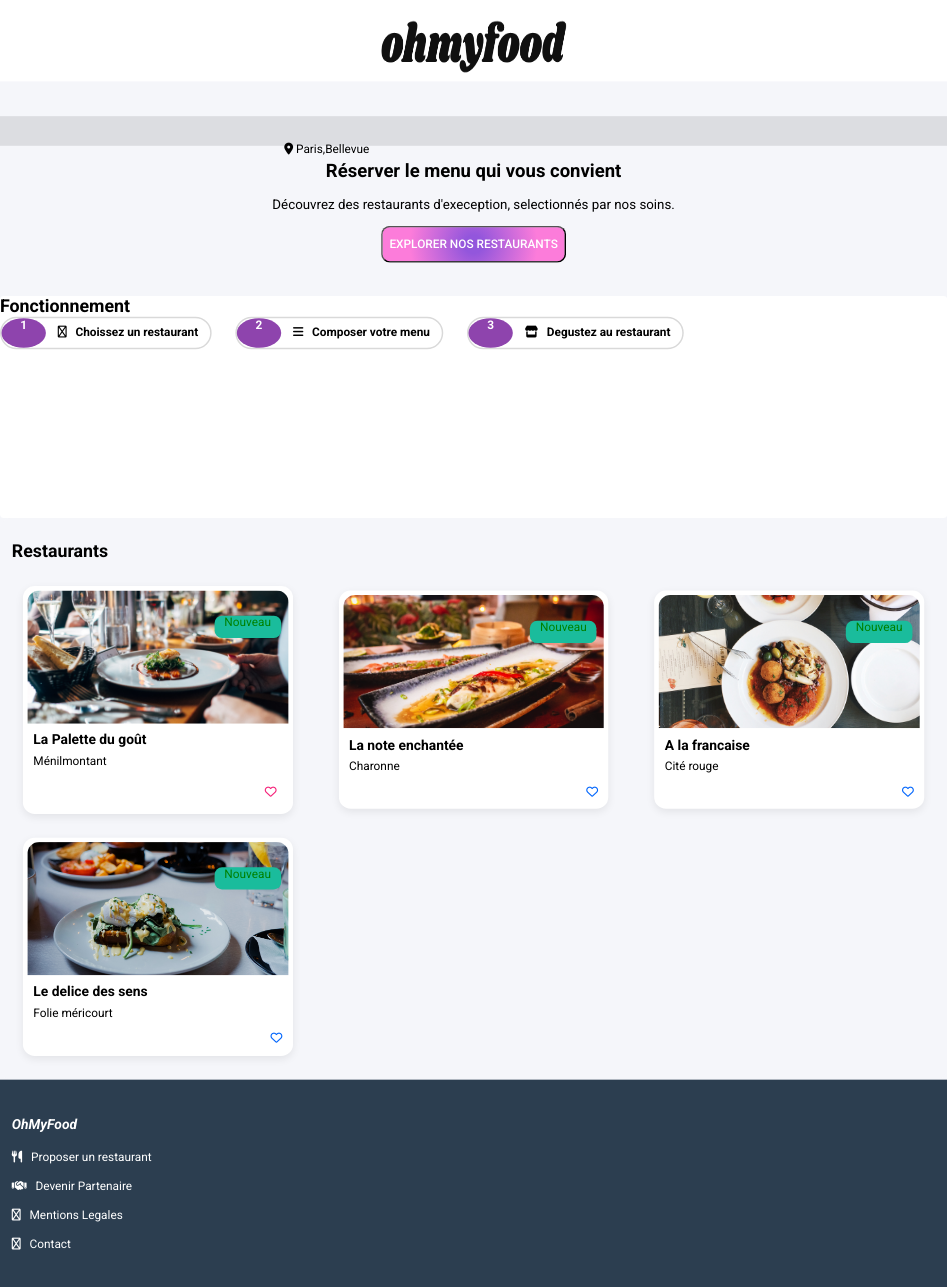
Repository: ultraasedev/ohmyfood
Page: index.html
The author's editor kept a copy of each file at every save. The page is drawn from the files as they stood at one save, then again after the next save.
The browser window is 1280 px wide. The pictures show the whole page, at 74% of full size.
Some web fonts or font styles are not loaded; a fallback is used. Some web libraries are served in a nearby version.

Above is the page before, as saved 2022-10-27 18:50:48.

### index.html
<!doctype html>
<html lang="fr">
    <head>
        <meta charset="UTF-8">
        <meta name="viewport" content="width=device-width,minimum-scale=1,initial-scale=1,maximum-scale=2">

      <title>Ohmyfood!  - Home</title>
       <meta name="description" content="Ohmyfood! est une entreprise de commande de repas en ligne. Notre concept permet aux
       utilisateurs de composer leur propre menu et réduire leur temps d’attente dans les
       restaurants car leur menu est préparé à l’avance. Plus de perte de temps à consulter la carte"/>
       <meta property="og:site_name" content="Ohmyfood!  - est une entreprise de commande de repas en ligne. Notre concept permet aux
       utilisateurs de composer leur propre menu et réduire leur temps d’attente dans les
       restaurants car leur menu est préparé à l’avance. Plus de perte de temps à consulter la carte" />
       <meta property="og:description" content="est une entreprise de commande de repas en ligne. Notre concept permet aux
       utilisateurs de composer leur propre menu et réduire leur temps d’attente dans les
       restaurants car leur menu est préparé à l’avance. Plus de perte de temps à consulter la carte" />




       <link type="text/css" rel="stylesheet" href="css/normalize.css"/>
       <link type="text/css" rel="stylesheet" href="css/all.min.css"/>
       <link type="text/css" rel="stylesheet" href="css/fontawesome.min.css"/>
       <link rel="preconnect" href="https://fonts.googleapis.com">
        <link rel="preconnect" href="https://fonts.gstatic.com" crossorigin>
       <link href="https://fonts.googleapis.com/css2?family=Roboto:ital,wght@0,100;0,300;0,400;0,500;0,700;0,900;1,100;1,300;1,400;1,500;1,700;1,900&family=Shrikhand&display=swap" rel="stylesheet">
       <script   src="https://kit.fontawesome.com/f132f25ed3.js" crossorigin="anonymous"></script>

       <link type="text/css" rel="stylesheet" href="css/style.css" />



       </head>

       <body>
<!--Nav + Logo-->
   <div class="nav">
    <div class="logo">
      <img src="images/logo/ohmyfood.png" alt="Ohmyfood !" class="logo"/>
    </div>
   </div>


<!--Header-->
<header>
  <!--Location-->
 <div class="location">
  <div class="villeloca"><p><i class="fa-sharp fa-solid fa-location-dot"></i> Paris,Bellevue</p></div>
</div>

  <div class="head-cont">
    <h2>Réserver le menu qui vous convient</h2>
    <p>Découvrez des restaurants d'exeception, selectionnés par nos soins.</p>

    <button class="btn-nav">
      Explorer nos restaurants
    </button>
  </div>
</header>

<!--Fonctionnement-->
<section class="cont-fonc">
  <h2>Fonctionnement</h2>

  <div class="ctn-filtres">

    <div class="filtres">
      <div class="circle-inf">1</div>
      <p><i class="fa-regular fa-phone"></i>&nbsp;&nbsp;&nbsp;Choissez un restaurant</p>
    </div>

    <div class="filtres">
      <div class="circle-inf">2</div>
      <p><i class="fa-solid fa-bars"></i>&nbsp;&nbsp;&nbsp;Composer votre menu</p>
    </div>

    <div class="filtres">
      <div class="circle-inf">3</div>
      <p><i class="fa-solid fa-store"></i>&nbsp;&nbsp;&nbsp;Degustez au restaurant</p>
    </div>


  </div>

</section>
<!--Fonctionnement-->

<!--Restau 1-->
<section class="cont-art">
  <h2>Restaurants</h2>

  <!-- Card 1 -->
              <article class="resto-card">
                <a href="#">
                  <img
                    src="./images/restaurants/jay-wennington-N_Y88TWmGwA-unsplash.jpg"
                    alt="Photo de l'hébergement"
                  />
                  <div class="new">Nouveau</div>
                  <h3>La Palette du goût</h3>
                  <p>Ménilmontant</p>
                  <div class="stars">
                    <i class="fa-regular fa-heart active"></i>
                  </div>
                </a>
              </article>


               <!-- Card 2 -->
               <article class="resto-card">
                <a href="#">
                  <img
                    src="./images/restaurants/louis-hansel-shotsoflouis-qNBGVyOCY8Q-unsplash.jpg"
                    alt="Photo de l'hébergement"
                  />
                  <div class="new">Nouveau</div>
                  <h3>La note enchantée</h3>
                  <p>Charonne</p>
                  <div class="stars">
                    <i class="fa-regular fa-heart"></i>

                  </div>
                </a>
              </article>

               <!-- Card 3 -->
               <article class="resto-card">
                <a href="#">
                  <img
                    src="./images/restaurants/stil-u2Lp8tXIcjw-unsplash.jpg"
                    alt="Photo de l'hébergement"
                  />
                  <div class="new">Nouveau</div>
                  <h3>A la francaise</h3>
                  <p>Cité rouge</p>
                  <div class="stars">
                    <i class="fa-regular fa-heart"></i>
                  </div>
                </a>
              </article>

               <!-- Card 4 -->
               <article class="resto-card">
                <a href="#">
                  <img
                    src="./images/restaurants/toa-heftiba-DQKerTsQwi0-unsplash.jpg"
                    alt="Photo de l'hébergement"
                  />
                  <div class="new">Nouveau</div>
                  <h3>Le delice des sens</h3>
                  <p>Folie méricourt</p>
                  <div class="stars">
                    <i class="fa-regular fa-heart"></i>
                  </div>
                </a>
              </article>




</section>

<!--FOOTER-->
<footer>
  <div class="container-footer">
    <div class="card-footer">
      <h3 style="font-family: 'Roboto';font-weight: 700;font-style: italic;">OhMyFood</h3>
      <!--<img src="images/logo/ohmyfood.png" alt="Ohmyfood !" height="20px" width="80px" style="margin-bottom: 10px;"/>-->
      <a href="#"><i class="fa-solid fa-utensils"></i>&nbsp;&nbsp;&nbsp;Proposer un restaurant</a>
      <a href="#"><i class="fa-solid fa-handshake"></i>&nbsp;&nbsp;&nbsp;Devenir Partenaire</a>
      <a href="#"><i class="fa-regular fa-circle-info"></i>&nbsp;&nbsp;&nbsp;Mentions Legales</a>
      <a href="#"><i class="fa-regular fa-phone"></i>&nbsp;&nbsp;&nbsp;Contact</a>

    </div>

</footer>

### css/style.css
*{
    box-sizing: border-box;
    font-family: var(--fontall);
    max-width: 1380px;

}
:root{

  /*Font*/
  --fontall: 'Roboto', sans-serif;
  --fontlg: 'Shrikhand' , cursive;

  /*color*/
  --primary: #9356DC;
  --secon: #FF79DA;
  --tert: #99E2D0;

  --greybg: #f5f6fa;

}


body{
    background-color:  var(--greybg);
    font-family: var(--fontall);
}

/* Nav*/
.nav{
  display: flex;
  height: 130px;
  width: 100%;
  background-color: #fff;
  align-items: center;
  align-content: center;
  text-align: center;
  margin-bottom: 10px;
}
/*Logo*/
.logo{
  position: relative;
  align-items: center;
  align-content: center;
  text-align: center;
  margin-right: auto;
  margin-left: auto;
}
.logo img{
  height: 70px;
  width: 250px;
}
/*Header*/
header{
  position: absolute;
  height: 300px;
  width: 100%;
  background-color: #f5f6fa;
  align-items: center;
  align-content: center;
  text-align: center;
  margin-top: -30px;
}
/*Location*/
.location{
  position: flex;
  background-color: #dcdde1;
  height: 40px;
  margin-top: -8px;
  align-items: center;
  align-content: center;
  text-align: center;
}
.location .villeloca{
  position: absolute;
  align-items: center;
  align-content: center;
  text-align: center;
  left: 30%;
}

/*Head-Cont*/

.head-cont h2{
  font-size: 25px;
  font-weight: bold;

}
.head-cont p{
  font-size: 18px;
  font-weight: 400;

}
/*Btn-nav*/
.btn-nav{
  align-items: center;
  align-content: center;
  text-transform: uppercase;
  transition: 0.5s;
  background: rgb(147,86,220);
  background: radial-gradient(circle, rgba(147,86,220,1) 10%, rgba(252,124,218,1) 69%);
  z-index: -1;
  transition: transform 400ms ease-in;
  color: #fff;
  width: 250px;
  height: 50px;
  overflow: hidden;
  text-decoration: none;
  border-radius: 12px;
 font-weight: 500;

}
/*Fonctionnement*/
.cont-fonc{
  position: relative;
  background-color: #fff;
  height: 300px;
  margin-top: 270px;
  border-radius: 5px;
}

.cont-fonc h2 {
  grid-column: 1/-1;
  margin: 0;
}
.cont-fonc .ctn-filtres {
  display: flex;
  align-items: center;
  gap: 32px;
  flex-wrap: wrap;
  margin-bottom: 32px;
}
.cont-fonc .circle-inf{
  background-color: #8e44ad;
  width: 60px;
  height: 40px;
  border-radius: 60px / 40px;
  text-align: center;
  color: #fff;
  font-weight: bold;
}
.cont-fonc .ctn-filtres .filtres{
  display: flex;
  align-items: center;
  gap: 16px;
  border: 2px solid #d9d9d9;
  border-radius: 32px;
  padding: 0 16px 0 0;
  height: 44px;
  transition: 0.2s;
  cursor: pointer;
  font-weight: bold;
}
/* Content Article */
.cont-art{
  background-color: #f5f6fa;
  padding: 32px 16px;
  border-radius: 16px;
  display: grid;
  grid-template-columns: repeat(3, 1fr);
  gap: 32px;
  left: 10px;
}
.cont-art h2 {
  grid-column: 1/-1;
  margin: 0;
}
.cont-art .resto-card{
  background: white;
  padding: 6px;
  border-radius: 16px;
  margin: auto;
  box-shadow: rgba(0, 0, 0, 0.08) 0px 4px 12px;
  transition: 0.2s;
  width: calc(100% - 30px);
}
.cont-art .resto-card .new{
  position: relative;
  background-color: #1abc9c;
  color: green;
  height: 30px;
  width: 90px;
  text-align: center;
  justify-content: center;
  align-items: center;
  border-radius: 10px;
  float: right;
  top: -150px;
  margin-right: 10px;
  font-weight: 400;
}
.cont-art .resto-card img {
  height: 180px;
  object-fit: cover;
  width: 100%;
  border-top-right-radius: 16px;
  border-top-left-radius:16px;
}
.cont-art .resto-card a {
  text-decoration: none;
  color: inherit;
}

.cont-art .resto-card h3 {
  margin: 8px 8px 8px;
}

.cont-art .resto-card p {
  margin: 8px 8px 8px;
}

.cont-art .resto-card .stars {
  margin: 8px 8px 8px;
  color: #0065fc;
  float: right;
}
.cont-art .resto-card .stars .active{
  margin: 8px 8px 8px;
  color: #f52179;
}

/*FOOTER*/
footer {
  background-color: #2c3e50;
  padding: 32px 16px;
  color: #fff;
}
.container-footer {
  display: flex;
  max-width: 1330px;
  margin: auto;
  font-family: "Raleway", sans-serif;
  gap: 16px;
}
.card-footer {
  display: flex;
  flex-direction: column;
  min-width: 30%;
}

.card-footer a {
  margin-top: 5px;
  margin-bottom: 16px;
  text-decoration: none;
  color: inherit;
}

.card-footer a:hover {
  text-decoration: underline !important;
}

Loaded but not shown: css/normalize.css (library); css/all.min.css (library); css/fontawesome.min.css (library)

After the next save:
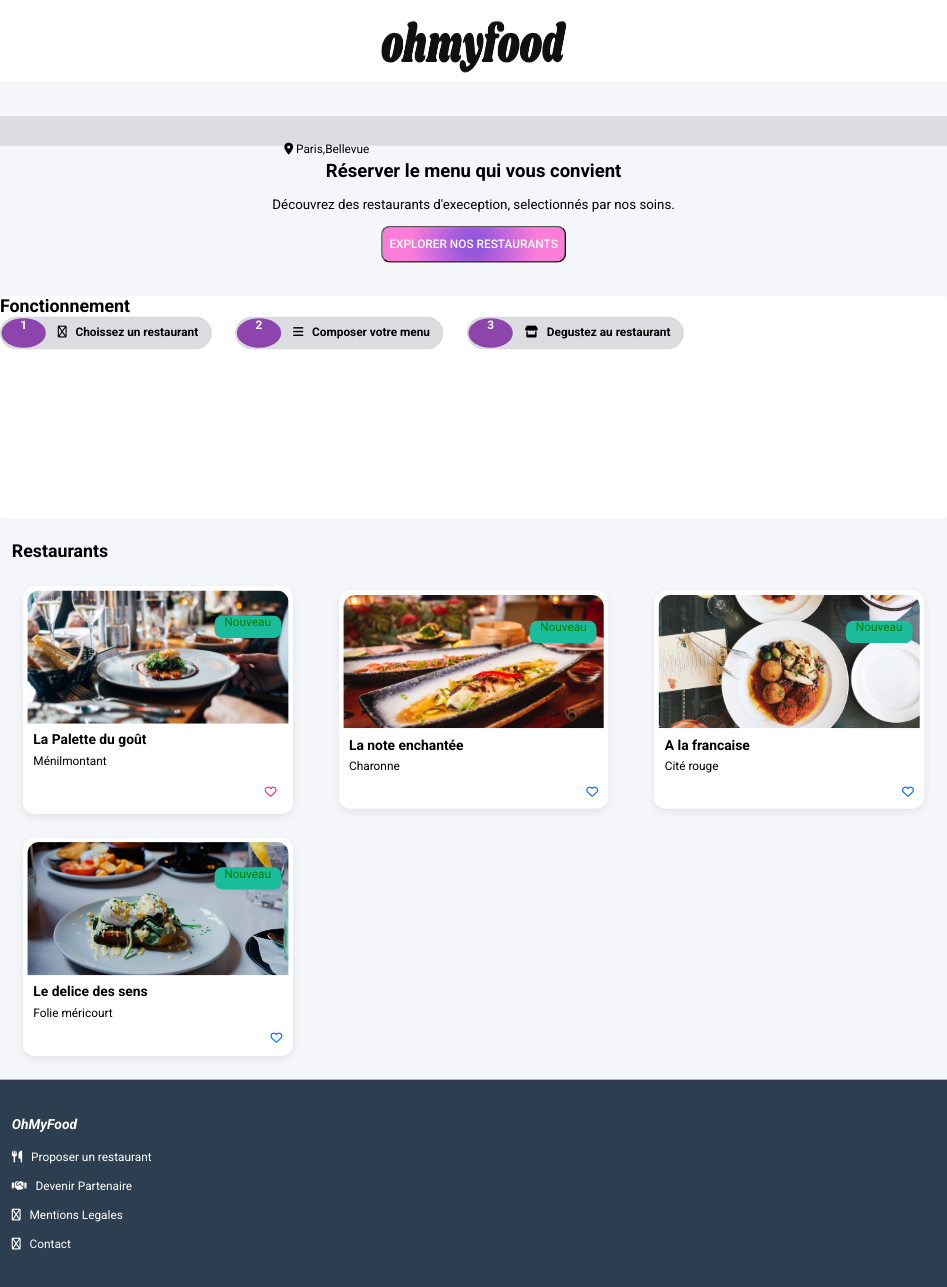
Saved 19 s later.
--- a/css/style.css
+++ b/css/style.css
@@ -149,6 +149,7 @@ header{
   transition: 0.2s;
   cursor: pointer;
   font-weight: bold;
+  background-color: #dcdde1;
 }
 /* Content Article */
 .cont-art{
